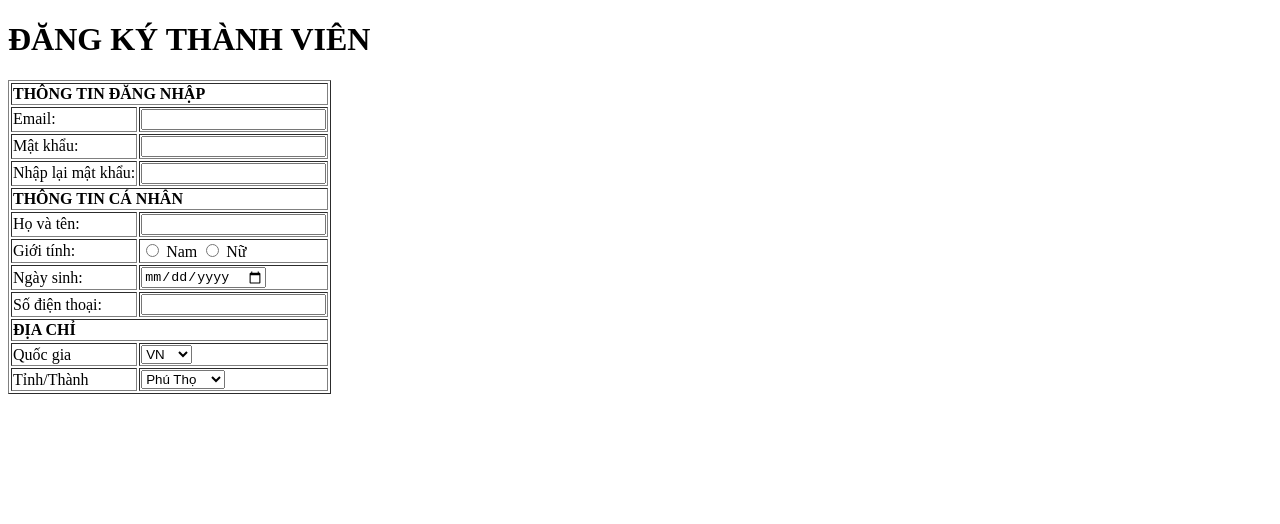
Repository: PhiKhongHoang/JSP-Servlet
Page: Bai2_HTML/src/main/webapp/register.html
These files come from the project's save history. The page is drawn as it stood at one moment and after the next save; the edit follows.
The browser window is 1280 px wide. The pictures show the whole page.

Above is the page before, as saved 2024-02-16 09:54:59.

After the next save:
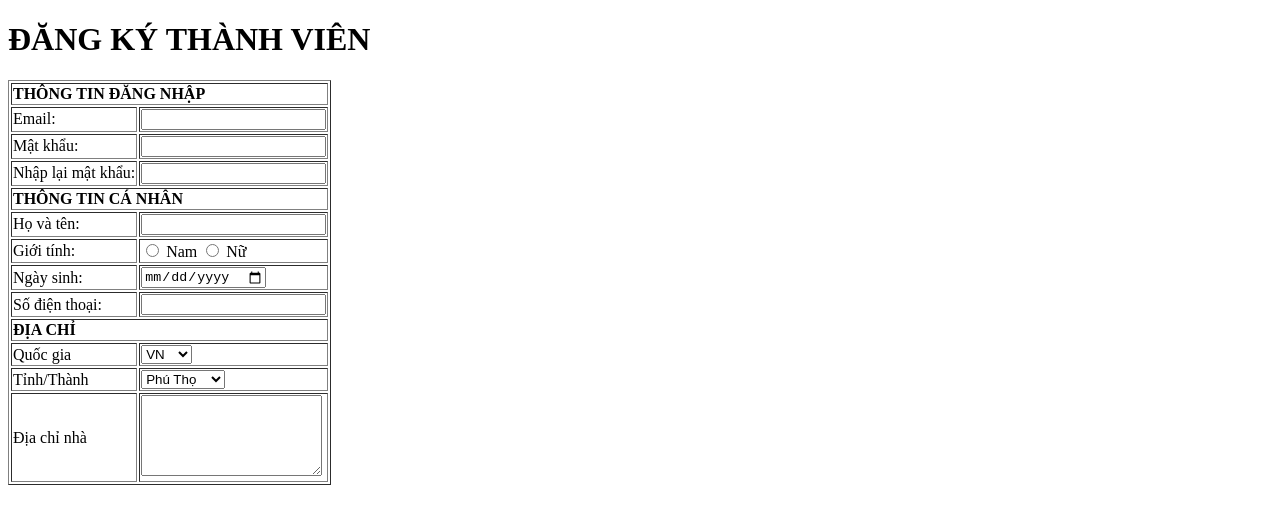
Saved 57 s later.
--- a/Bai2_HTML/src/main/webapp/register.html
+++ b/Bai2_HTML/src/main/webapp/register.html
@@ -72,6 +72,12 @@
 					</select>
 				</td>
 			</tr>
+			<tr>
+				<td>Địa chỉ nhà</td>
+				<td>
+					<textarea rows="5" cols=""></textarea>
+				</td>
+			</tr>
 		</tbody>
 	</table>
 </body>
